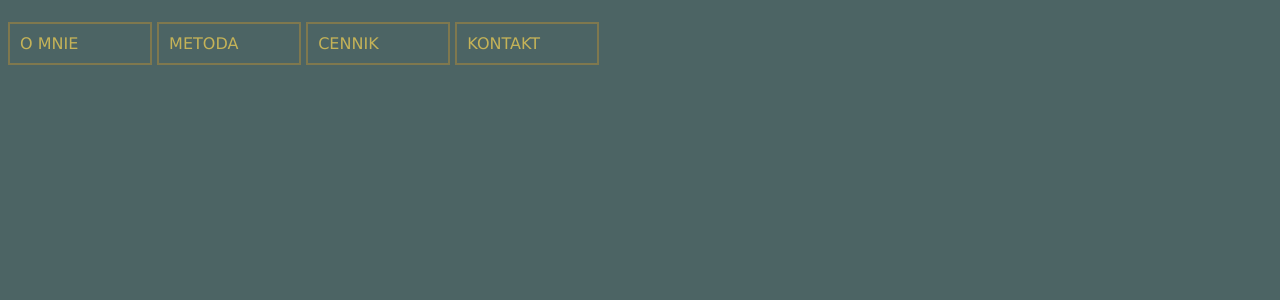
Repository: LechCieslak/zzz_webside
Page: index.html
An editor plug-in stored every save of this project. The page is shown before and after the next save, followed by the edit.
The browser window is 1280 px wide. The pictures show the whole page.

Above is the page before, as saved 2020-08-19 22:22:19.

### index.html
<!DOCTYPE html>
<html lang="pl">
<head>
    <meta charset="UTF-8">
    <meta name="viewport" content="width=device-width, initial-scale=1.0">
    <link rel="stylesheet" href="style.css">
    <title>zzz_web</title>
</head>
<body>

    <main>

        <div class="menu">
            <ul>
                <li class="li1">O MNIE</li>
                <li class="li2">METODA</li>
                <li class="li3">CENNIK</li>
                <li class="li4">KONTAKT</li>
            </ul>
        </div>

        <div class="oMnie">
            <h1>O MNIE</h1>
            <p>Lorem, ipsum dolor sit amet consectetur adipisicing elit. Tenetur illum, dolores ipsum earum qui eligendi quaerat itaque debitis quo cumque repudiandae fugit quisquam nisi quas sunt voluptatem alias enim vero porro reprehenderit. Quisquam possimus labore voluptate facere voluptatum mollitia eveniet dicta quis vitae ullam quae saepe veniam quos ut, dolor, fuga repellat, veritatis quam modi odio placeat! Vero, reprehenderit repellendus? Delectus sit voluptate minus quam ratione numquam ipsum nemo commodi rem nesciunt consequatur, sunt cumque, repellat aliquam excepturi dolores aut suscipit minima nisi veritatis itaque ad explicabo perspiciatis voluptatibus! Cumque id adipisci officiis facere, tenetur quod provident. Eveniet, exercitationem necessitatibus.</p>
        </div>

        <div class="metoda">
            <h1>METODA</h1>
            <p>Lorem, ipsum dolor sit amet consectetur adipisicing elit. Tenetur illum, dolores ipsum earum qui eligendi quaerat itaque debitis quo cumque repudiandae fugit quisquam nisi quas sunt voluptatem alias enim vero porro reprehenderit. Quisquam possimus labore voluptate facere voluptatum mollitia eveniet dicta quis vitae ullam quae saepe veniam quos ut, dolor, fuga repellat, veritatis quam modi odio placeat! Vero, reprehenderit repellendus? Delectus sit voluptate minus quam ratione numquam ipsum nemo commodi rem nesciunt consequatur, sunt cumque, repellat aliquam excepturi dolores aut suscipit minima nisi veritatis itaque ad explicabo perspiciatis voluptatibus! Cumque id adipisci officiis facere, tenetur quod provident. Eveniet, exercitationem necessitatibus.</p>
        </div>

        <div class="cennik">
            <h1>CENNIK</h1>
            <p>Lorem, ipsum dolor sit amet consectetur adipisicing elit. Tenetur illum, dolores ipsum earum qui eligendi quaerat itaque debitis quo cumque repudiandae fugit quisquam nisi quas sunt voluptatem alias enim vero porro reprehenderit. Quisquam possimus labore voluptate facere voluptatum mollitia eveniet dicta quis vitae ullam quae saepe veniam quos ut, dolor, fuga repellat, veritatis quam modi odio placeat! Vero, reprehenderit repellendus? Delectus sit voluptate minus quam ratione numquam ipsum nemo commodi rem nesciunt consequatur, sunt cumque, repellat aliquam excepturi dolores aut suscipit minima nisi veritatis itaque ad explicabo perspiciatis voluptatibus! Cumque id adipisci officiis facere, tenetur quod provident. Eveniet, exercitationem necessitatibus.</p>
        </div>

        <div class="kontakt">
            <h1>KONTAKT</h1>
            <p>Lorem, ipsum dolor sit amet consectetur adipisicing elit. Tenetur illum, dolores ipsum earum qui eligendi quaerat itaque debitis quo cumque repudiandae fugit quisquam nisi quas sunt voluptatem alias enim vero porro reprehenderit. Quisquam possimus labore voluptate facere voluptatum mollitia eveniet dicta quis vitae ullam quae saepe veniam quos ut, dolor, fuga repellat, veritatis quam modi odio placeat! Vero, reprehenderit repellendus? Delectus sit voluptate minus quam ratione numquam ipsum nemo commodi rem nesciunt consequatur, sunt cumque, repellat aliquam excepturi dolores aut suscipit minima nisi veritatis itaque ad explicabo perspiciatis voluptatibus! Cumque id adipisci officiis facere, tenetur quod provident. Eveniet, exercitationem necessitatibus.</p>
        </div>

    </main>


    <script src="app.js"></script>
</body>
</html>

### style.css
* {
    font-family: verdana;
    padding: 0px;
}

body {
    --tlo: #4C6464;
    --text: #C5B358;
    --ramka: #7F784E;
    background-color: #4C6464;
    color: var(--text);
    animation: backgroundEffect 3s forwards;
}

.menu li {
    margin-top: 6px;
    padding: 10px;
    display: inline-block;
    border: solid 2px var(--ramka);
    list-style-type: none;
    width: 120px;
    cursor: pointer;
}

.oMnie {
    border: solid 3px var(--ramka);
    width: 70%;
    opacity: 0;
    padding: 10px;
    position: absolute;
}

.metoda {
    border: solid 3px var(--ramka);
    width: 70%;
    opacity: 0;
    padding: 10px;
    position: absolute;
}

.cennik {
    border: solid 3px var(--ramka);
    width: 70%;
    opacity: 0;
    padding: 10px;
    position: absolute;
}

.kontakt {
    border: solid 3px var(--ramka);
    width: 70%;
    opacity: 0;
    padding: 10px;
    position: absolute;
}

.nowa {
    opacity: 1;
}

### app.js
let a = document.querySelector('.li1');
let b = document.querySelector('.oMnie');
let c = document.querySelector('.li2');
let d = document.querySelector('.metoda');
let e = document.querySelector('.li3');
let f = document.querySelector('.cennik');
let g = document.querySelector('.li4');
let h = document.querySelector('.kontakt');

a.addEventListener('click', e => {
  b.classList.toggle("nowa");
  d.classList.remove("nowa");
  f.classList.remove("nowa");
  h.classList.remove("nowa");
});


c.addEventListener('click', e => {
  d.classList.toggle("nowa");
  b.classList.remove("nowa");
  f.classList.remove("nowa");
  h.classList.remove("nowa");
});

e.addEventListener('click', e => {
  f.classList.toggle("nowa");
  b.classList.remove("nowa");
  d.classList.remove("nowa");
  h.classList.remove("nowa");
});


g.addEventListener('click', e => {
  h.classList.toggle("nowa");
  b.classList.remove("nowa");
  d.classList.remove("nowa");
  f.classList.remove("nowa");
});

After the next save:
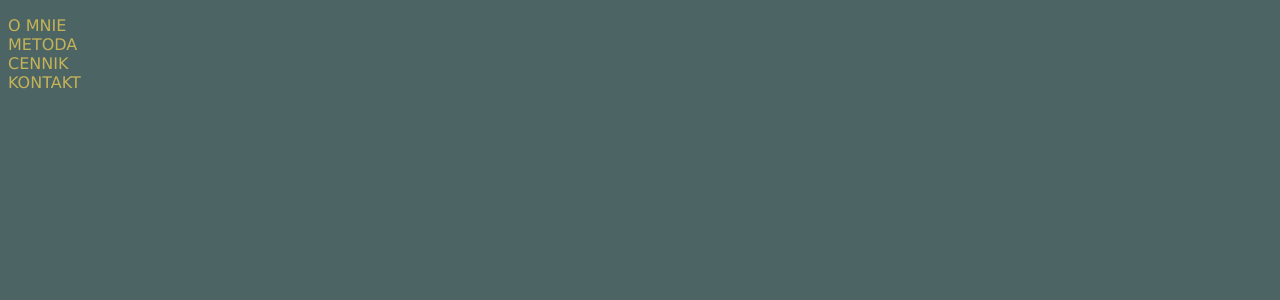
Saved 22 s later.
--- a/style.css
+++ b/style.css
@@ -11,6 +11,8 @@
     color: var(--text);
     animation: backgroundEffect 3s forwards;
 }
+
+m
 
 .menu li {
     margin-top: 6px;

After the 2 saves that followed:
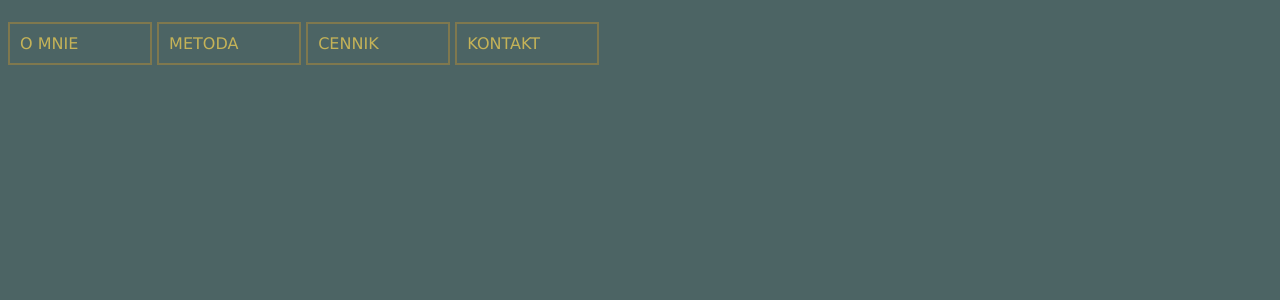
The 2 saves are shown as one change because they came seconds apart.
The last was saved 6 s later.
--- a/style.css
+++ b/style.css
@@ -12,7 +12,9 @@
     animation: backgroundEffect 3s forwards;
 }
 
-m
+main {
+    position: relative;
+}
 
 .menu li {
     margin-top: 6px;
